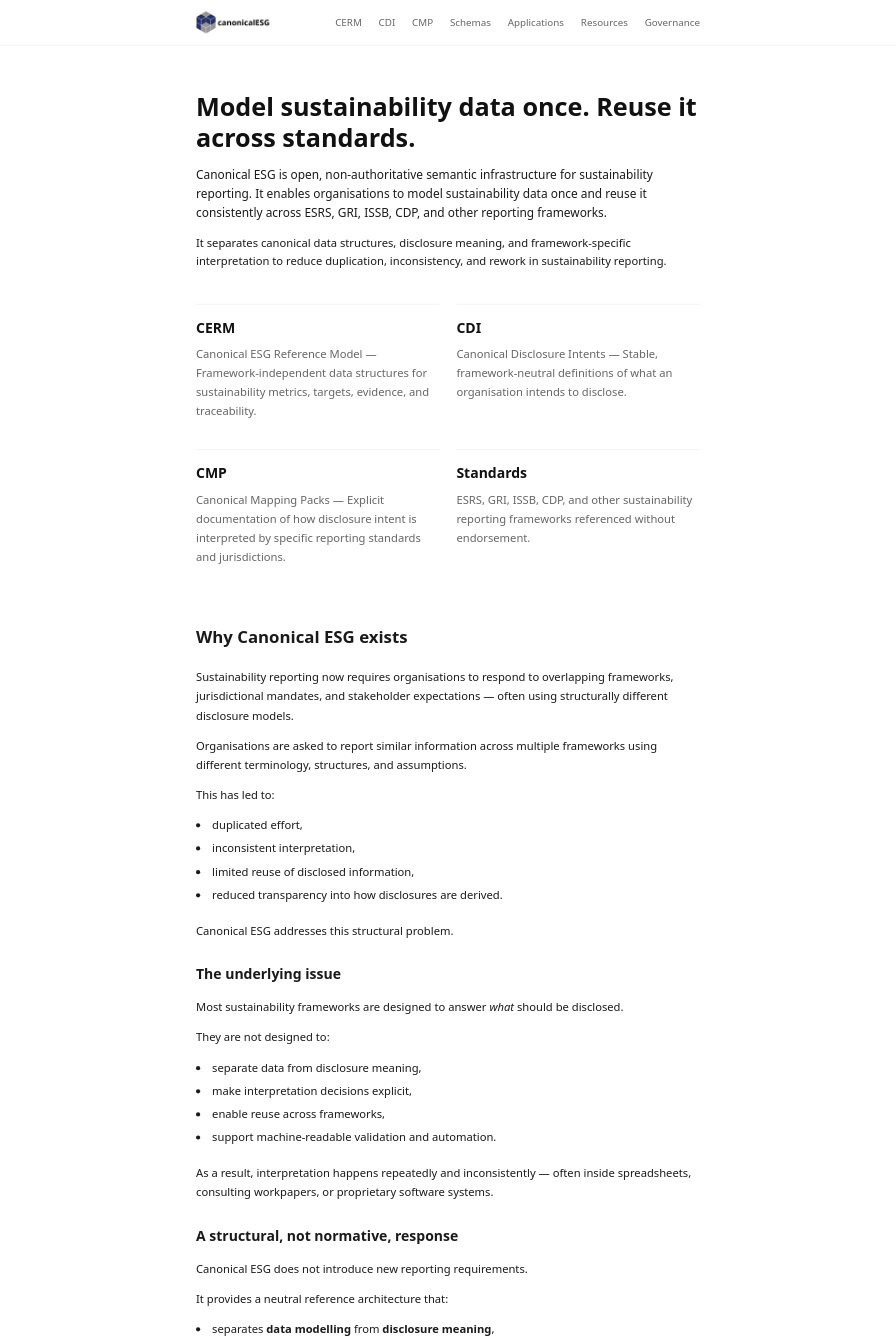
Repository: udaysxd/canonicalesg
Page: /
These files come from the project's save history. The page is drawn as it stood at one moment and after the next save; the edit follows.
The browser window is 1280 px wide. The pictures show the part of the page from y = 0 to 1920 px (the page is 3749 px tall), at 70% of full size.
The project was rebuilt for these pictures with package versions that can differ from the ones it lists, and the page was loaded fresh each time. The framework's server and built-in components were replaced by stand-ins that run in the browser. Also part of the build but not shown: next.config.ts.

Above is the page before, as saved 2026-02-10 13:53:53.

After the next save:
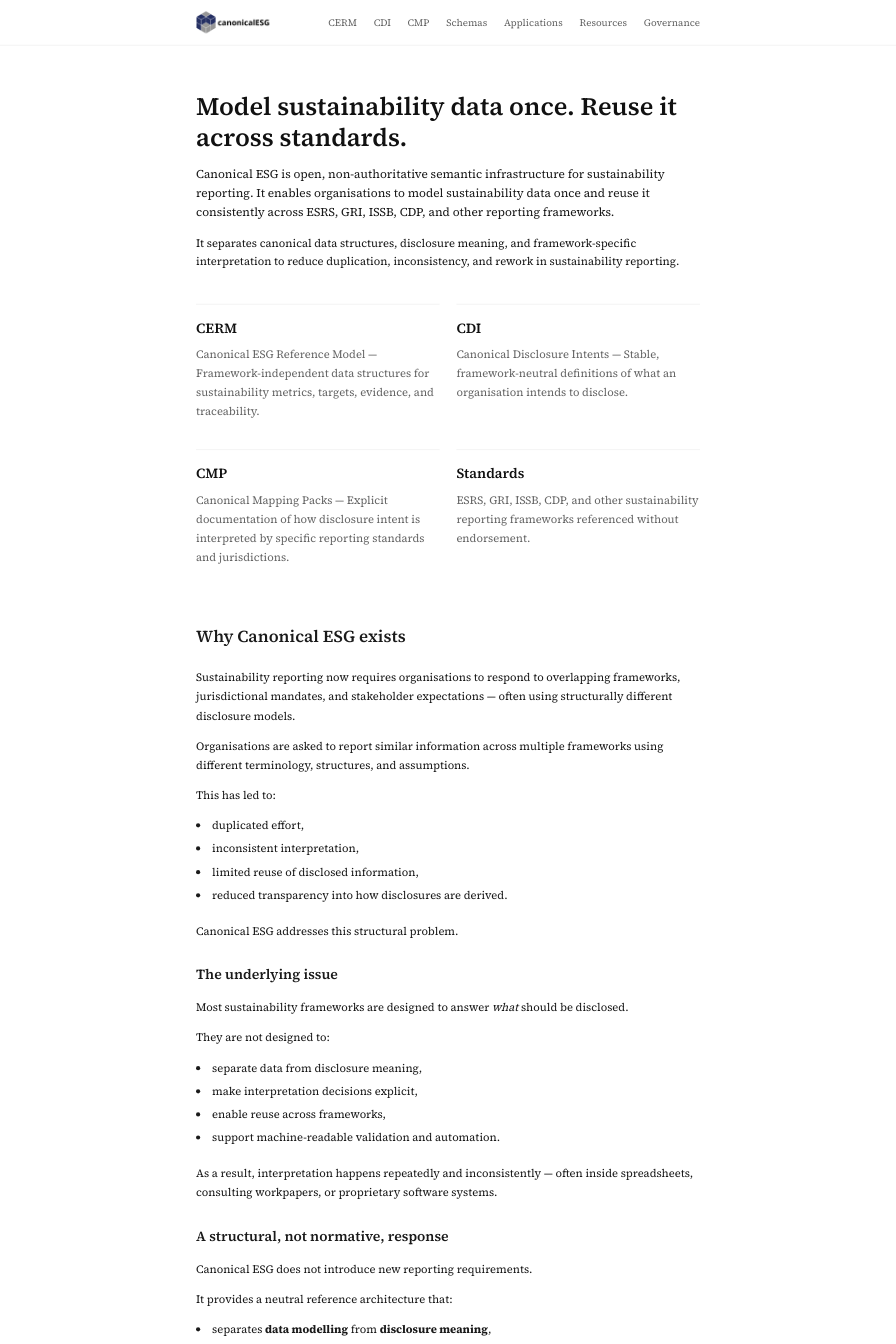
Saved 7 s later.
--- a/src/app/layout.tsx
+++ b/src/app/layout.tsx
@@ -71,8 +71,8 @@
   children: React.ReactNode;
 }>) {
   return (
-    <html lang="en">
-      <body className="antialiased bg-white text-[#1a1a1a]" style={{ fontFamily: 'system-ui, -apple-system, BlinkMacSystemFont, "Segoe UI", Roboto, Helvetica, Arial, sans-serif' }}>
+    <html lang="en" className={sourceSerif.variable}>
+      <body className="antialiased bg-white text-[#1a1a1a]" style={{ fontFamily: 'var(--font-serif), Georgia, "Times New Roman", serif' }}>
         <header className="border-b border-[#eee] bg-white">
           <div className="max-w-3xl mx-auto px-6 py-4">
             <nav className="flex items-center justify-between">
